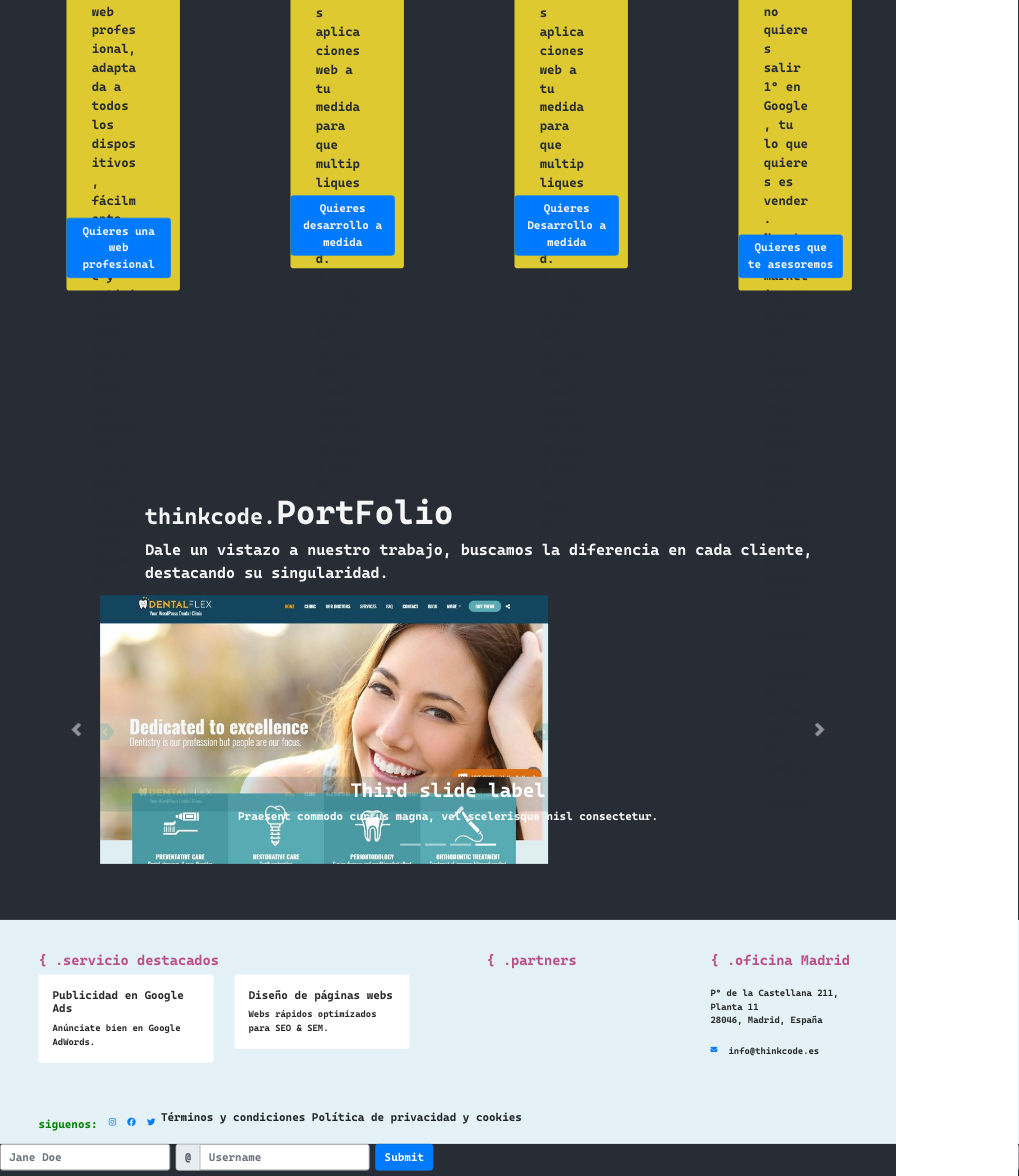
Repository: banchiec/thinkcode
Page: /
The author's editor kept a copy of each file at every save. The page is drawn from the files as they stood at one save, then again after the next save.
The browser window is 1280 px wide. The page is 1455 px wide, so the pictures cover 1455 px, including what lies to the right of the window. The pictures show the part of the page from y = 1533 to 3213 px (the page is 3213 px tall), at 70% of full size.
Some web libraries are served in a nearby version. The project was rebuilt for these pictures with package versions that can differ from the ones it lists, and the page was loaded fresh each time. Also part of the build but not shown: src/components/MenuItems.js, src/components/Dropdownthink.css, src/components/Dropdownthink.js, src/components/pages/Consulting.js, src/components/pages/ContactUs.js, src/components/pages/Marketing.js, src/components/pages/Products.js, src/components/pages/Services.js and 1 more. Imported but missing from the stored project, and not drawn on this page: src/components/sliderInfo/SliderInfo.

Above is the page before, as saved 2020-11-30 13:52:55.

### public/index.html
<!DOCTYPE html>
<html lang="en">
  <head>
    <meta charset="utf-8" />
    <link rel="icon" href="%PUBLIC_URL%/favicon.ico" />
    <meta name="viewport" content="width=device-width, initial-scale=1" />
    <meta name="theme-color" content="#000000" />
    <meta
      name="description"
      content="Web site created using create-react-app"
    />
    <link rel="apple-touch-icon" href="%PUBLIC_URL%/logo192.png" />

    <!-- fontawesome -->
    <script src="https://kit.fontawesome.com/e7a02c1b14.js" crossorigin="anonymous"></script>
    <!-- jquery -->
    <script src="https://code.jquery.com/jquery-2-2.0.min.js"></script>
    <!--
      manifest.json provides metadata used when your web app is installed on a
      user's mobile device or desktop. See https://developers.google.com/web/fundamentals/web-app-manifest/
    -->
    <link rel="manifest" href="%PUBLIC_URL%/manifest.json" />
    <!--
      Notice the use of %PUBLIC_URL% in the tags above.
      It will be replaced with the URL of the `public` folder during the build.
      Only files inside the `public` folder can be referenced from the HTML.

      Unlike "/favicon.ico" or "favicon.ico", "%PUBLIC_URL%/favicon.ico" will
      work correctly both with client-side routing and a non-root public URL.
      Learn how to configure a non-root public URL by running `npm run build`.
    -->
    <title>React App</title>
  </head>
  <body>
    <noscript>You need to enable JavaScript to run this app.</noscript>
    <div id="root"></div>
    <!--
      This HTML file is a template.
      If you open it directly in the browser, you will see an empty page.

      You can add webfonts, meta tags, or analytics to this file.
      The build step will place the bundled scripts into the <body> tag.

      To begin the development, run `npm start` or `yarn start`.
      To create a production bundle, use `npm run build` or `yarn build`.
    -->


  </body>
</html>

### src/index.css
body {
  margin: 0;
  font-family: -apple-system, BlinkMacSystemFont, 'Segoe UI', 'Roboto', 'Oxygen',
    'Ubuntu', 'Cantarell', 'Fira Sans', 'Droid Sans', 'Helvetica Neue',
    sans-serif;
  -webkit-font-smoothing: antialiased;
  -moz-osx-font-smoothing: grayscale;
}

code {
  font-family: source-code-pro, Menlo, Monaco, Consolas, 'Courier New',
    monospace;
}
@font-face{
  font-family: 'CascadiaCode-Bold';
  src: local('CascadiaCode-Bold'), url(./fonts/CascadiaCode-Bold.ttf)
}

### src/App.js
import './App.css';
// import logo_thinkcode from './logo_thinkcode.png'
import React, {} from 'react'
import 'animate.css'
import Navbarthink from './components/Navbarthink'
import InfoSection from './components/infoSection/InfoSection'
import Pricing from './components/pricing/Pricing'
import Footer from './components/footer/Footer'
import Slide from './components/slide/Slide'
import FormContact from './components/forms/FormContact'
import {BrowserRouter as Router, Switch, Route} from 'react-router-dom'


// import Button  from 'react-bootstrap/Button'
// import 'bootstrap/dist/css/bootstrap.min.css'

// import {Navbar,Button, Nav , NavLink} from 'react-bootstrap'

import Consulting from './components/pages/Consulting'
import ContactUs from './components/pages/ContactUs'
import Home from './components/pages/Home'
import Marketing from './components/pages/Marketing'
import Products from './components/pages/Products'
import Services from './components/pages/Services'
import SignUp from './components/pages/SignUp'
// import InfoSection from './components/infoSection/InfoSection';

function App() {

  // const [click, setClick] = useState(false)
  // const [dropdown, setDropdown] = useState(false)




  return (
    <div className="App">
      <Router>
        <Navbarthink/>
        <Switch>
          <Route path='/consulting' exact component ={Consulting}></Route>
          <Route path='/contact-us' exact component ={ContactUs}></Route>
          <Route path='/' exact component ={Home}></Route>
          <Route path='/marketing' exact component ={Marketing}></Route>
          <Route path='/products' exact component ={Products}></Route>
          <Route path='/services' exact component ={Services}></Route>
          <Route path='/sign-up' exact component ={SignUp}></Route>
        </Switch>
        <InfoSection></InfoSection>
        <Pricing></Pricing>
        <Slide/>
        <Footer/>
        <FormContact></FormContact>
      </Router>

    </div>
  );
}

export default App;

### src/App.css
*{
  box-sizing: border-box;
  margin: 0;
  padding: 0;
  font-family: CascadiaCode-Bold;
  /* background: #282c34 ; */
  /* background: linear-gradient(90deg, rgb(76, 80, 88) 100%, rgb(8, 8, 9) 0%); */
}

.App {
  text-align: center;
  background: #282c34 ;
}

.App-logo {
  height: 40vmin;
  pointer-events: none;
}

.home, .services, .products,.contact-us,.sign-up, .marketing, .consulting{
  display: flex;
  height: 90vh;
  align-items: center;
  justify-content: center;
  font-size: 3rem;
}





@media (prefers-reduced-motion: no-preference) {
  .App-logo {
    animation: App-logo-spin infinite 20s linear;
  }
}

.App-header {
  background-color: #282c34;
  min-height: 100vh;
  display: flex;
  flex-direction: column;
  align-items: center;
  justify-content: center;
  font-size: calc(10px + 2vmin);
  color: white;
}

.App-link {
  color: #61dafb;
}

@keyframes App-logo-spin {
  from {
    transform: rotate(0deg);
  }
  to {
    transform: rotate(360deg);
  }
}

### src/components/Navbarthink.js
import React, { useState} from 'react'
import logo_thinkcode from '../images/logo_thinkcode.png'
// import logo_thinkcode from '../images/logo_thinkcode.png'
import { Buttonthink} from './Buttonthink'
import {Link} from 'react-router-dom'
import './Navbarthink.css'
import Dropdownthink from './Dropdownthink'

export default function Navbarthink(){
    const [click, setClick] = useState(false)
    const [dropdown, setDropdown] = useState(false)

    const handleClick = () => setClick(!click)
    const closeMobileMenu = () => setClick(false)

    const onMouseEnter = () =>{
        if(window.innerWidth < 960) {
        setDropdown(false)
        } else {
        setDropdown(true)
        }
    }
    const onMouseLeave = () =>{
        if(window.innerWidth < 960) {
        setDropdown(false)
        } else {
        setDropdown(false)
        }
    }

    return(
        <>
            <nav className="navbarthink">
                <Link to='/' className="navbar-logo">
                    {/* thinkcode */}
                    <img alt="" src={logo_thinkcode} width="300" height="40"></img>
                </Link>
                <div className='menu-icon' onClick={handleClick}>
                    <i className={click ? 'fas fa-times' : 'fas fa-bars'}
                    />
                </div>
                <ul className={ click ? 'nav-menu active' : 'nav-menu'}>

                    <li className='nav-item'>
                        <Link to='/' className='nav-links' onClick={closeMobileMenu}>
                            Home
                        </Link>
                    </li>
                    <li className='nav-item'
                        onMouseEnter={onMouseEnter}
                        onMouseLeave={onMouseLeave}
                        // onClick={handleClick}
                        >
                        <Link to='/services' className='nav-links' onClick={closeMobileMenu}>
                           Services
                           <i className='fas fa-caret-down' />
                        </Link>
                        {dropdown && <Dropdownthink/>}
                    </li>
                    <li className='nav-item'>
                        <Link to='/products' className='nav-links' onClick={closeMobileMenu}>
                            Products
                        </Link>
                    </li>
                    <li className='nav-item'>
                        <Link to='/contact-us' className='nav-links' onClick={closeMobileMenu}>
                           Contact Us
                        </Link>
                    </li>
                    <li className='nav-item'>
                        <Link to='/sign-up' className='nav-links-mobile' onClick={closeMobileMenu}>
                           Sign up
                        </Link>
                    </li>

                </ul>
                <Buttonthink />
            </nav>
        </>
    )

}

### src/components/infoSection/InfoSection.js
import React from 'react'
// import {AlltextInfoSection} from './AlltextInfoSection'
import imagensvg3 from '../../images/imagensvg3.svg'
import 'bootstrap/dist/css/bootstrap.min.css'
import './infoSection.css'
import {Col, Container,Row,} from 'react-bootstrap'

export default function InfoSection() {

    return (
            <Container fluid  className="content-infoSection">
                <Row>
                    {
                        // AlltextInfoSection.map((item,index) => {
                        //     return (
                        //         <Row>
                        //         <Col  md={6} lg={6} >
                        //             {/* <h1 key={index}>{item.firstTitle}</h1> */}
                        //             <div className="content-text-infoSection">
                        //                 <h2 >{item.firstTitle}<span className="text-title-infoSection animate__animated animate__fadeInLeft animate__delay-1s">{item.secundTitle}</span></h2>
                        //                 <p className="text-infoSection">{item.text}</p>
                        //             </div>
                        //         </Col>
                        //         <Col  md={6} lg={6}  >
                        //             <img  className="imagensvg-infoSection" alt="" src={imagensvg3}></img>
                        //         </Col>
                        //         </Row>
                        //     )
                        // })
                    }

                    <Col  md={6} lg={6} >
                        <div className="content-text-infoSection">
                            <h2 >thinkcode.<span className="text-title-infoSection animate__animated animate__fadeInLeft animate__delay-1s">developers</span></h2>
                            <p className="text-infoSection">Diseño y desarrollo de aplicaciones y páginas web para tu negocio o proyecto.
                            Disfrutamos mucho con lo que hacemos, compruébalo.</p>
                        </div>
                    </Col>
                    <Col  md={6} lg={6}  >
                        <img  className="imagensvg-infoSection" alt="" src={imagensvg3}></img>
                    </Col>

                </Row>

            </Container >
            // <Container fluid  className="content-infoSection">
            //     <Row>
            //         <Col  md={6} lg={6} >
            //             <div className="content-text-infoSection">
            //                 <h2 >thinkcode.<span className="text-title-infoSection animate__animated animate__fadeInLeft animate__delay-1s">developers</span></h2>
            //                 <p className="text-infoSection">Diseño y desarrollo de aplicaciones y páginas web para tu negocio o proyecto.
            //                 Disfrutamos mucho con lo que hacemos, compruébalo.</p>
            //             </div>
            //         </Col>
            //         <Col  md={6} lg={6}  >
            //             <img  className="imagensvg-infoSection" alt="" src={imagensvg3}></img>
            //         </Col>

            //     </Row>

            // </Container >
    )
}

### src/components/forms/FormContact.js
import React from 'react'
import { Form, InputGroup,Button, FormControl } from 'react-bootstrap'

export default function FormContact() {
    return (
        <div>
            <Form inline>
            <Form.Label htmlFor="inlineFormInputName2" srOnly>
                Name
            </Form.Label>
            <Form.Control
                className="mb-2 mr-sm-2"
                id="inlineFormInputName2"
                placeholder="Jane Doe"
            />
            <Form.Label htmlFor="inlineFormInputGroupUsername2" srOnly>
                Username
            </Form.Label>
            <InputGroup className="mb-2 mr-sm-2">
                <InputGroup.Prepend>
                <InputGroup.Text>@</InputGroup.Text>
                </InputGroup.Prepend>
                <FormControl id="inlineFormInputGroupUsername2" placeholder="Username" />
            </InputGroup>
            <Button type="submit" className="mb-2">
                Submit
            </Button>
            </Form>

        </div>
    )
}

### src/components/pages/Home.js
import React,{useEffect} from 'react'
import '../sliderInfo/SliderInfo'

export default function Home() {

    useEffect(()=>{
    })
    return (
        <div>
            {/* <InfoSection></InfoSection> */}
            {/* <Pricing></Pricing> */}
            {/* <Slide/> */}
            {/* <Footer/> */}

           {/* <h1 className='consulting' >Thinkcode</h1> */}
        </div>
    )
}

### src/components/Buttonthink.js
import React  from 'react'
import './Buttonthink.css'
import {Link} from 'react-router-dom'

export function Buttonthink() {
        return (
            <Link to ='sing-up'>
               <button className='btnthink'>Sign think </button>
            </Link>
        )
}

### src/components/Navbarthink.css
.navbarthink{
  /* background: linear-gradient(9deg, rgb(66, 80, 88) 0%, rgb(8, 8, 9) 100%); */
  background: #282c34;

  height: 80px;
  display: flex;
  justify-content: center;
  align-items: center;
  font-size: 1.2rem;
}

.navbar-logo {
  color: #fff;
  justify-self: start;
  margin-left: 40px;
  cursor: pointer;
  text-decoration: none;
}

.fa-firstdraft {
  margin-left: 0.5rem;
  font-size: 1.6rem;
}

.nav-menu {
  display: grid;
  grid-template-columns: repeat(5, auto);
  grid-gap: 10px;
  list-style: none;
  text-align: center;
  width: 70vw;
  justify-content: end;
  margin-right: 2rem;
}

.nav-item {
  display: flex;
  align-items: center;
  height: 80px;
}

.nav-links {
  color: white;
  text-decoration: none;
  padding: 0.5rem 1rem;
}

.nav-links:hover {
  background-color: #1888ff;
  border-radius: 4px;
  transition: all 0.2s ease-out;
}

.fa-bars {
  color: #fff;
}

.nav-links-mobile {
  display: none;
}

.menu-icon {
  display: none;
}

@media screen and (max-width: 960px) {
  /* .text-propuesta {
    margin-top: 12rem;
  } */

  .fa-caret-down {
    display: none;
  }
  .NavbarItems {
    position: relative;
  }

  .nav-menu {
    display: flex;
    flex-direction: column;
    width: 100%;
    height: 90vh;
    position: absolute;
    top: 80px;
    left: -100%;
    opacity: 1;
    transition: all 0.9s ease;
  }

  .nav-menu.active {
    background: #2a2c30;
    left: 0;
    opacity: 1;
    transition: all 0.5s ease;
    z-index: 1;
  }

  .nav-links {
    text-align: center;
    padding: 2rem;
    width: 100%;
    display: table;
  }

  .nav-links:hover {
    background-color: #1888ff;
    border-radius: 0;
  }

  .navbar-logo {
    position: absolute;
    top: 0;
    left: 0;
    transform: translate(25%, 50%);
  }

  .menu-icon {
    display: block;
    position: absolute;
    top: 0;
    right: 0;
    transform: translate(-100%, 60%);
    font-size: 1.8rem;
    cursor: pointer;
  }

  .fa-times {
    color: #fff;
    font-size: 2rem;
  }

  .nav-links-mobile {
    display: block;
    text-align: center;
    padding: 1.5rem;
    margin: 2rem auto;
    border-radius: 4px;
    width: 80%;
    background: #1888ff;
    text-decoration: none;
    color: #fff;
    font-size: 1.5rem;
  }

  .nav-links-mobile:hover {
    background: #fff;
    color: #1888ff;
    transition: 250ms;
  }

  button {
    display: none;
  }
}

### src/components/infoSection/infoSection.css
.content-infoSection {
    /* padding: 0; */
    margin-top: 150px;
    background: #282c34 ;
    height: 700px;
    /* border: 1px solid rebeccapurple; */
}
.content-text-infoSection {
    margin-left: 12rem;
    margin-top: 8rem;
    text-align: start;
    /* border: 0; */
    /* padding: 0; */
    /* border: 1px solid whitesmoke; */
    color: whitesmoke;
}
.imagensvg-infoSection {
    padding: 0;
    /* border-right: 5px; */
    width: 800px;

}
.text-title-infoSection{
    font-size: 3rem;
    /* size: 12px; */
}
.text-infoSection {
    font-size: 22px;
}
@media screen and (max-width: 960px) {
    .content-infoSection {
        margin-top: 0px;
    }
    .text-infoSection{
        margin-top: 3rem;
        margin-left: 1rem;
        margin-right: 1rem;
    }
    .imagensvg-infoSection{
        margin-top: 5rem;
        width: 500px;
    }
    .content-text-infoSection {
        margin-left: 1rem;
    }
    .text-propuesta {
        margin-top: 15rem;
    }

}

### src/components/pricing/Pricing.css
.container-pricing {
    /* background-color: whitesmoke; */
    /* border: 1px solid white; */
    /* height:  800px; */
    background: linear-gradient(90deg, rgb(76, 80, 88) 100%, rgb(66, 66 66) 0%);
    /* z-index: -1; */
}
.container-card{
    padding-top: 4rem;
    align-content: center;
    padding: auto;
    text-align: start;
    /* height: 600px; */
    /* background-color: violet; */
    /* color: transparent; */
}
.card-pricing {
    /* width: 34rem; */
    margin-left: 5rem;
    background: #deca30;
    /* background: #3b4454; */
    /* background: linear-gradient(90deg, rgb(224, 242, 241) 0%, rgb(255, 255, 255) 100%); */
    margin-right: 3rem;
    height: 52rem;
}
.card-left {
    margin-top: 4rem;
}
.card-right {
    margin-top: 4rem;
}
.card-button {
    /* margin-top: 3rem; */
    /* margin-left: 13rem; */
    position: absolute;
    right: 13px;
    bottom: 18px;
    color: whitesmoke;
}
.text-card {
    padding-top: 1.5rem;
    padding-left: 1rem;
    padding-right: 2.5rem;
    color: #282c34;
    font-size: 18px;
}
.image-pricing {
    height: 15rem;
    width: 80%;
    align-self: center;
}
.title-card {
    /* padding-top: 0.2rem; */
    padding-left: 1rem;
    color: #282c34;
    font-size: 28px;
}
.text-propuesta {
    margin: 0 0.5rem;
    animation: bounce;
    animation-duration: 2s;
    color: whitesmoke;
    font-size: 3rem;
}

@media screen and (max-width: 960px){
    .text-propuesta{
        margin-top: 12rem;
    }
}

### src/components/footer/Footer.css
.container-footer {
    border: 0;
    /* padding: 0; */
    /* border: 1px solid green; */
    height: auto;
    background: #e4f1f7;
}
.card{
    /* padding-bottom: 22px; */
    border: 0;
    /* background: white; */
    text-align: left;
    font-size: small;
    width: auto;
    /* background: #deca30; */
}
.card-footer {
    padding-top: 10px;
    padding-bottom: 22px;
    border: 0;
    color: #282a28;
    background: #e4f1f7;
}
.text-card-footer  {
    padding: 0;
    margin-top: 1.5rem;
    font-size: small;
    text-align: start;
}
.title-footer{
    text-align: left;
    font-size: medium;
}
.title-card-footer {
    margin-top: 1rem;
    text-align: left;
    color: #bc4f88;
}
.pin-ic{
    margin-top: 12px;
    margin: 8px;
    position:center;
}

.pin-ic-enveloped{
    margin-top: 12px;
    /* margin: 8px; */
    margin-right: 1rem;
    position:center;
}
.iconos-redes-sociales{
    position: relative;
    margin-left: 2.5rem;
}
.text-siguenos{
    margin-top: 10px;
    margin-right: 8px;
    color: green;

}

### src/components/slide/Slide.css
.container-slider {
    margin-top: 10rem;
    border-top: 5rem;
    margin-bottom: 5rem;
}
.d-block {
    margin-left: 8rem;
    width: 40rem;
    height: 24rem;
    /* border:1px solid green; */
}

.container-secundary-slider .d-block {
    width: 20rem;
    height: 12rem;
    margin-left: 2rem;


}
.carousel-large {
    width: 100%;
}
@media screen and (max-width: 960px) {
    .d-block {
        margin-left: auto;
    }

}

### src/components/Buttonthink.css
:root{
    --primary: #1888ff;
}
.btnthink{
    padding: 8px 20px;
    border-radius: 4px;
    outline: none;
    border: none;
    font-size: 18px;
    color: #fff;
    cursor: pointer;
    background-color: var(--primary);
}
.btnthink:hover {
    padding: 6px 18px;
    transition: all 1.5s ease-out;
    background-color: transparent;
    color: #2a2a2a;
    border-radius: 4px;
    border: 2px solid var(--primary)
}

Loaded but not shown: src/index.js (common file); src/components/footer/Footer.js (102 lines, source omitted); src/components/pricing/Pricing.js (84 lines, source omitted); src/components/slide/Slide.js (84 lines, source omitted)

After the next save:
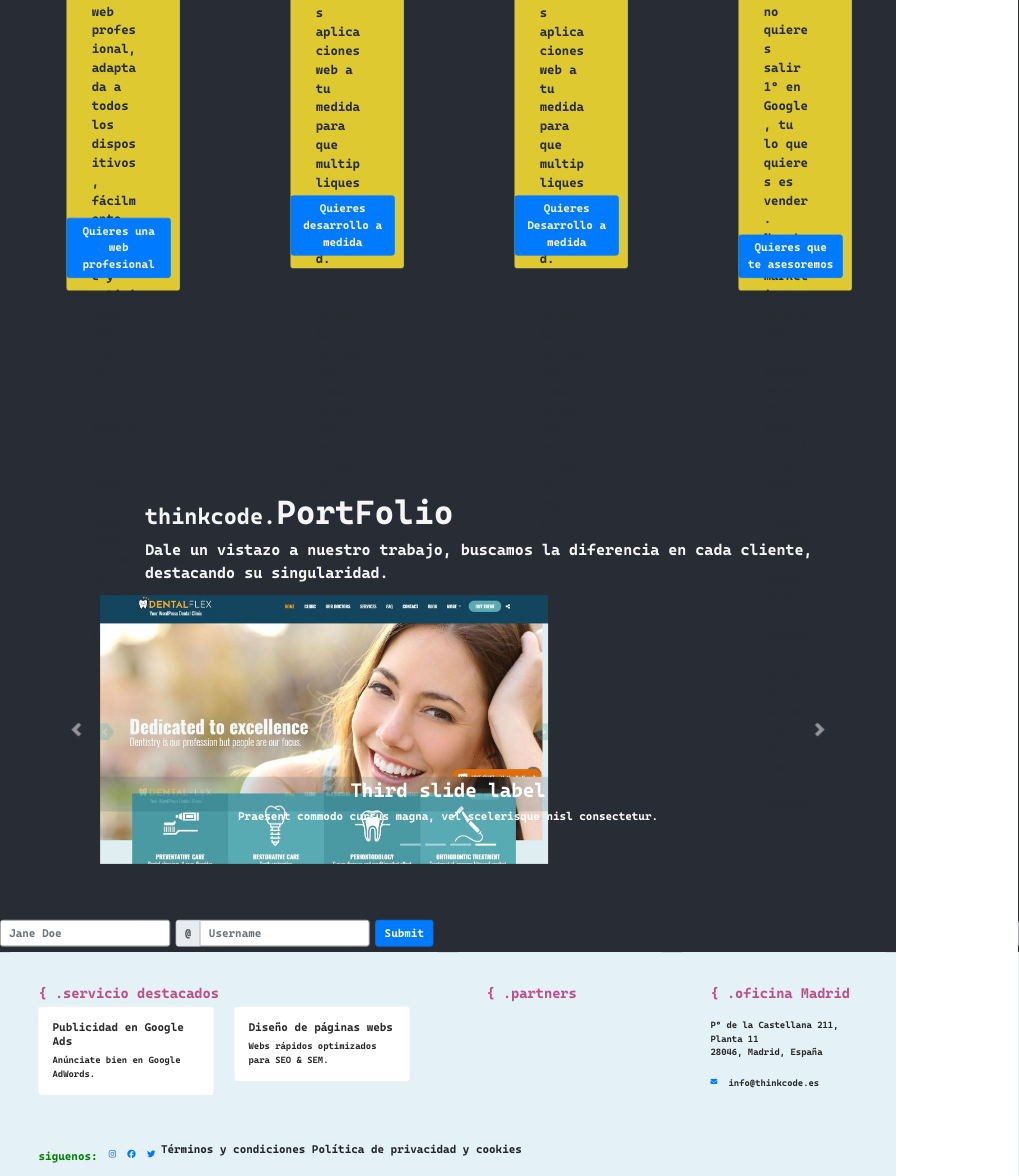
Saved 21 s later.
--- a/src/App.js
+++ b/src/App.js
@@ -49,8 +49,8 @@ function App() {
         <InfoSection></InfoSection>
         <Pricing></Pricing>
         <Slide/>
+        <FormContact></FormContact>
         <Footer/>
-        <FormContact></FormContact>
       </Router>
 
     </div>
